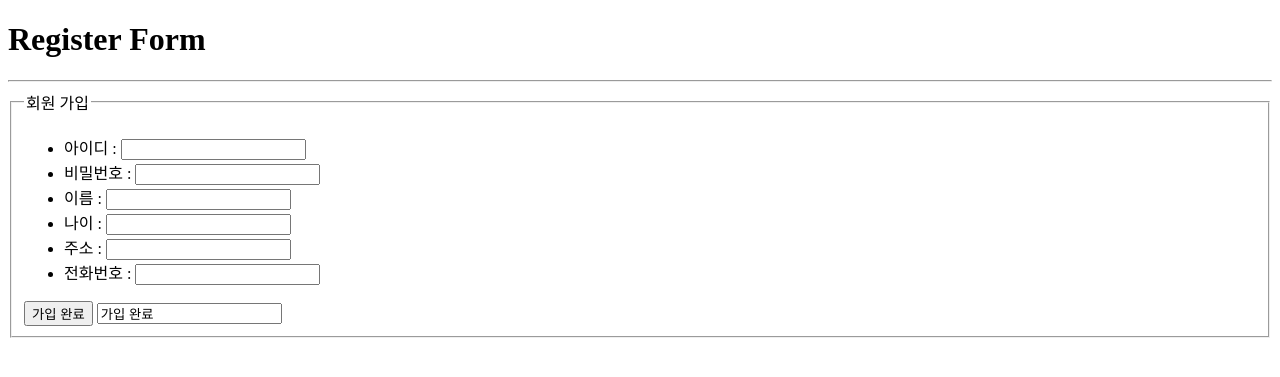
Repository: khy4701/JavaServerPage-Servlet
Page: http://localhost/05.JDBCProject/RegisterForm.jsp
An editor plug-in stored every save of this project. The page is shown before and after the next save, followed by the edit.
The browser window is 1280 px wide. The pictures show the whole page.
The page is served by Tomcat 9.

Above is the page before, as saved 2016-07-21 00:36:18.

After the next save:
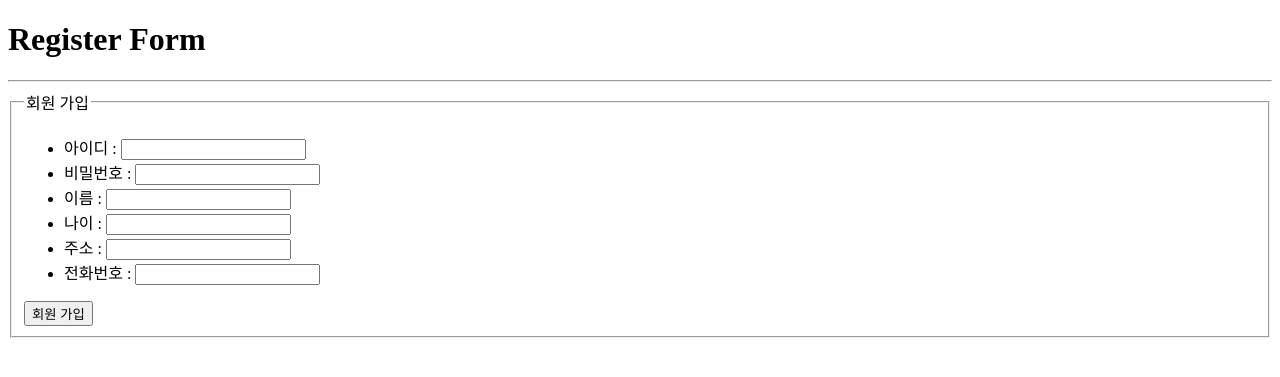
Saved 15 s later.
--- a/05.JDBCProject/WebContent/RegisterForm.jsp
+++ b/05.JDBCProject/WebContent/RegisterForm.jsp
@@ -24,8 +24,8 @@
 <li> 주소 : <input type ="text" name="address">
 <li> 전화번호 : <input type ="text" name="phoneNum">
 </ul>
-<input type="submit" value="가입 완료">
-<input type="cancel" value="가입 완료">
+<input type="submit" value="회원 가입">
+
 </fieldset>
 </form>
 
